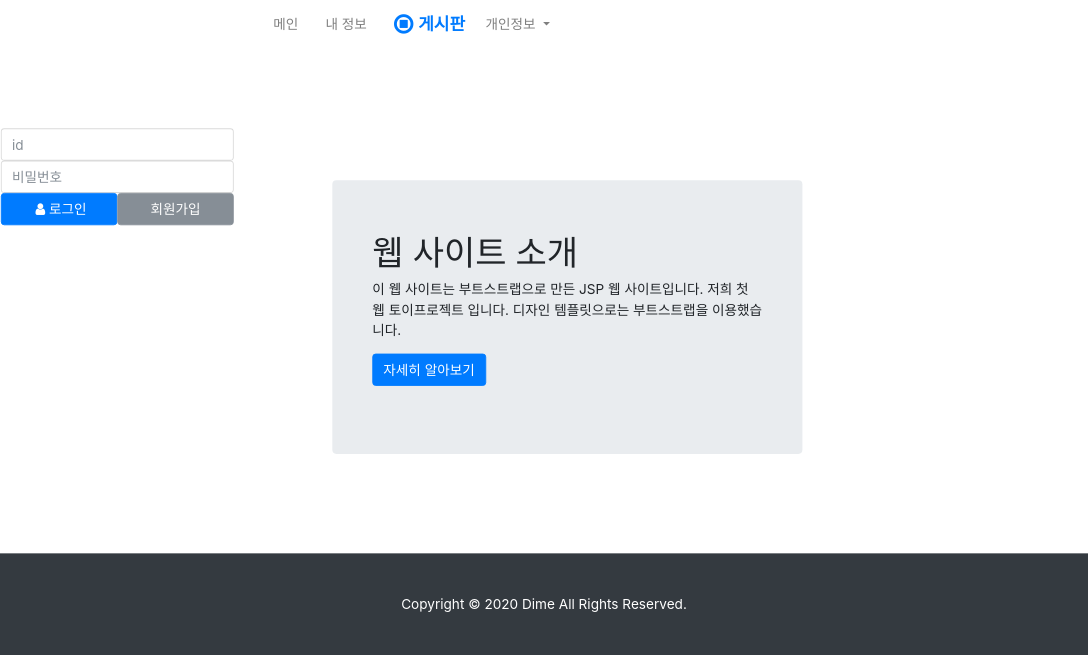
Repository: elecdime/jspboard
Page: http://localhost/BBS/projectbbs/Main.jsp
An editor plug-in stored every save of this project. The page is shown before and after the next save, followed by the edit.
The browser window is 1280 px wide. The pictures show the whole page, at 85% of full size.
Some web libraries are served in a nearby version. The page is served by Tomcat 9. Other server files are loaded and not shown.

Above is the page before, as saved 2020-07-08 13:32:40.

### dime/project Web/BBS/WebContent/projectbbs/Main.jsp
<%@ page language="java" contentType="text/html; charset=UTF-8"
    pageEncoding="UTF-8"%>
<!doctype html>
<head>
   <!-- Required meta tags -->
  <meta charset="utf-8">
  <meta name="viewport" content="width=device-width, initial-scale=1, shrink-to-fit=no">
<meta http-equiv="Content-Type" content="text/html; charset=UTF-8" />
  <!-- Bootstrap CSS -->
  <link rel="stylesheet" href="https://maxcdn.bootstrapcdn.com/bootstrap/4.0.0-beta/css/bootstrap.min.css" integrity="sha384-/Y6pD6FV/Vv2HJnA6t+vslU6fwYXjCFtcEpHbNJ0lyAFsXTsjBbfaDjzALeQsN6M" crossorigin="anonymous">
<link rel="stylesheet" href="coustom.css">
<title>게시판 연습</title>
  </head>
  <body>


        <div id="TOP" style="width:960px;height:150px;">
            <%@ include file="Top.jsp" %>
        </div>

        <table width="960px">
            <tr>
                <td width="160" valign="top">
                    <%@ include file="left.jsp" %>
                </td>
                <td width="800" valign="#" style="padding-left: 100px">
                    <table width="100%" height="475" cellpadding="0" cellspacing="0" id="tables">
                        <tr >
                            <td border="3px">

                                 <div class="container">
        <div class="jumbotron">
            <div class="container">
                <h1>웹 사이트 소개</h1>
                <p>이 웹 사이트는 부트스트랩으로 만든 JSP 웹 사이트입니다.  저희 첫 웹 토이프로젝트 입니다. 디자인 템플릿으로는 부트스트랩을 이용했습니다.</p>
                <p><a class="btn btn-primary btn-pull" href="profile.jsp" role="button">자세히 알아보기</a></p>
            </div>
        </div>
    </div>





                            </td>
                        </tr>

                    </table>
                </td>
            </tr>

        </table>
    <footer id = "bottom">
    <%@ include file="bottom.jsp" %>
</footer>














 <script src="https://code.jquery.com/jquery-3.2.1.slim.min.js" integrity="sha384-KJ3o2DKtIkvYIK3UENzmM7KCkRr/rE9/Qpg6aAZGJwFDMVNA/GpGFF93hXpG5KkN" crossorigin="anonymous"></script>
  <script src="https://cdnjs.cloudflare.com/ajax/libs/popper.js/1.11.0/umd/popper.min.js" integrity="sha384-b/U6ypiBEHpOf/4+1nzFpr53nxSS+GLCkfwBdFNTxtclqqenISfwAzpKaMNFNmj4" crossorigin="anonymous"></script>
  <script src="https://maxcdn.bootstrapcdn.com/bootstrap/4.0.0-beta/js/bootstrap.min.js" integrity="sha384-h0AbiXch4ZDo7tp9hKZ4TsHbi047NrKGLO3SEJAg45jXxnGIfYzk4Si90RDIqNm1" crossorigin="anonymous"></script>
  </body>
</html>

### dime/project Web/BBS/WebContent/projectbbs/Top.jsp
<%@ page language="java" contentType="text/html; charset=UTF-8"
    pageEncoding="UTF-8"%>
    <html>
    <head>

 <link rel="stylesheet" href="https://cdnjs.cloudflare.com/ajax/libs/font-awesome/4.7.0/css/font-awesome.min.css" type="text/css">
 </head>
  <nav class="navbar navbar-expand-md navbar-light">
    <div class="container justify-content-center"> <button class="navbar-toggler navbar-toggler-right border-0" type="button" data-toggle="collapse" data-target="#navbar3">
        <span class="navbar-toggler-icon"></span>
      </button>
      <div class="collapse navbar-collapse text-center justify-content-center" id="navbar3">
        <ul class="navbar-nav">
          <li class="nav-item mx-2"> <a class="nav-link" href="Main.jsp">메인</a> </li>
          <li class="nav-item mx-2"> <a class="nav-link" href="info.jsp">내 정보</a> </li>
          <li class="nav-item mx-2"> <a class="nav-link navbar-brand mr-0 text-primary" href="bbs.jsp"><i class="fa d-inline fa-lg fa-stop-circle-o"></i>
              <b> 게시판 </b></a> </li>

               <li class="nav-item dropdown">
          <a class="nav-link dropdown-toggle" href="#" id="navbarDropdownMenuLink" data-toggle="dropdown" aria-haspopup="true" aria-expanded="false">
  개인정보
        </a>
        <div class="dropdown-menu" aria-labelledby="navbarDropdownMenuLink">
          <a class="dropdown-item" href="left.jsp">로그인</a>
          <a class="dropdown-item" href="register.jsp">회원가입</a>

        </div>
        </li>
      </div>
    </div>
  </nav>
  <div class="py-5">
    <div class="container">
      <div class="row">
        <div class="col-md-12"></div>
      </div>
    </div>
  </div>

</html>

### dime/project Web/BBS/WebContent/projectbbs/left.jsp
<%@ page language="java" contentType="text/html; charset=UTF-8"
    pageEncoding="UTF-8"%>
<%@ page import = "java.sql.*" %>

    <html>
    <head>
 <meta http-equiv="Content-Type" content="text/html; charset=UTF-8" />
 <link rel="stylesheet" href="https://cdnjs.cloudflare.com/ajax/libs/font-awesome/4.7.0/css/font-awesome.min.css" type="text/css">
 </head>



 <%  if(session.getAttribute("id")==null){ //세션이 설정되지 않을 경우 참조  %>



<form class="form-inline" action="login.jsp" method="get">
            <div class="form-group">
              <input type="text" class="form-control" name ="id" id="id" placeholder="id"> </div>
            <div class="form-group form-row">
              <div class="col-sm-10"><input type="password" class="form-control " name = "pw" id="pw" placeholder="비밀번호"></div>
            </div>
            <button class="btn btn-primary align-items-center col-sm-6" ><i class="fa fa-user fa-fw"></i>로그인</button>
            <a class="btn btn-secondary col-sm-6" href="register.jsp" style=""></i> 회원가입 </a>
          </form><% }else{ %>
<form method="post" action="logout.jsp">
	<%=session.getAttribute("id") %>님 환영합니다~

	<input type="submit" value="로그아웃" />
</form>
<button onClick="location.href='info.jsp'"> 개인정보 변경</button>
<% if(session.getAttribute("id").equals("admin")){
	%>

	<button onClick="location.href='#'"> 관리자 페이지</button>

<%} %>

<% } %>

### dime/project Web/BBS/WebContent/projectbbs/bottom.jsp


<%@ page language="java" contentType="text/html; charset=UTF-8"
    pageEncoding="UTF-8"
    import="java.sql.*"%>
<%
    request.setCharacterEncoding("utf-8");
%>
<!DOCTYPE html PUBLIC "-//W3C//DTD HTML 4.01 Transitional//EN" "http://www.w3.org/TR/html4/loose.dtd">
<html>
<head>
<meta http-equiv="Content-Type" content="text/html; charset=utf-8">

<body>
<footer class="bg-dark mt-4 p-5 text-center" style="color:#FFFFFF;">


Copyright &copy; 2020 Dime All Rights Reserved.<br>

</footer>
</body>
</html>

### dime/project Web/BBS/WebContent/error/404code.jsp
<%@ page language="java" contentType="text/html; charset=UTF-8"
    pageEncoding="UTF-8"%>
    <%response.setStatus(HttpServletResponse.SC_OK); %>
<!DOCTYPE html>
<html>
<head>
<meta charset="UTF-8">
<title>404 오류발생</title>
</head>
<body>
요청하신페이지가없습니다.
</body>
</html>

### dime/project Web/BBS/WebContent/projectbbs/profile.jsp
<!DOCTYPE html>
<html>
<head>
<title>title</title>
<!-- Bootstrap cdn 설정 -->
<link rel="stylesheet" href="https://stackpath.bootstrapcdn.com/bootstrap/3.4.1/css/bootstrap.min.css">
<link rel="stylesheet" href="https://stackpath.bootstrapcdn.com/bootstrap/3.4.1/css/bootstrap-theme.min.css">
<link rel="stylesheet" href="https://stackpath.bootstrapcdn.com/font-awesome/4.7.0/css/font-awesome.min.css">
<script src="https://code.jquery.com/jquery-3.4.1.min.js"></script>
<script src="https://stackpath.bootstrapcdn.com/bootstrap/3.4.1/js/bootstrap.min.js"></script>
</head>
<body>
<!-- carousel를 구성할 영역 설정 -->
<div style="width: 300px;margin: 100px;">
<!-- carousel를 사용하기 위해서는 class에 carousel와 slide 설정한다. -->
<!-- carousel는 특이하게 id를 설정해야 한다.-->
<div id="carousel-example-generic" class="carousel slide" >
<!-- carousel의 지시자 -->
<!-- 지시자라고는 하는데 ol태그의 class에 carousel-indicators를 넣는다. -->
<ol class="carousel-indicators">
<!-- li는 이미지 개수만큼 추가하고 data-target은 carousel id를 가르킨다. -->
<!-- data-slide-to는 순서대로 0부터 올라가고 0은 active를 설정한다. -->
<!-- 딱히 이 부분은 옵션별로 설정하게 없다. -->
<li data-target="#carousel-example-generic" data-slide-to="0" class="active"></li>
<li data-target="#carousel-example-generic" data-slide-to="1"></li>
</ol>
<!-- 실제 이미지 아이템 -->
<!-- class는 carousel-inner로 설정하고 role은 listbox에서 설정한다. -->
<div class="carousel-inner" role="listbox">
<!-- 이미지의 개수만큼 item을 만든다. 중요한 포인트는 carousel-indicators의 li 태그 개수와 item의 개수는 일치해야 한다. -->
<div class="item active">
<!-- 아미지 설정- -->
<img src="1.PNG" style="width:100%">
<!-- 캡션 설정 (생략 가능) -->
<!-- 글자 색은 검은색 -->
<div class="carousel-caption" style="color:black;">

</div>
</div>
<div class="item">
<img src="b.PNG" style="width:100%">
<div class="carousel-caption" style="color:black;">

</div>
</div>
</div>
<!-- 왼쪽 화살표 버튼 -->
<!-- href는 carousel의 id를 가르킨다. -->
<a class="left carousel-control" href="#carousel-example-generic" role="button" data-slide="prev">
<!-- 왼쪽 화살표 -->
<span class="glyphicon glyphicon-chevron-left" aria-hidden="true"></span>
</a>
<!-- 오른쪽 화살표 버튼 -->
<!-- href는 carousel의 id를 가르킨다. -->
<a class="right carousel-control" href="#carousel-example-generic" role="button" data-slide="next">
<!-- 오른쪽 화살표 -->
<span class="glyphicon glyphicon-chevron-right" aria-hidden="true"></span>
</a>
</div>
</div>
<script>
$(function(){
// 이미지 슬라이드 컨트롤를 사용하기 위해서는 carousel를 실행해야한다.
$('#carousel-example-generic').carousel({
// 슬리아딩 자동 순환 지연 시간
// false면 자동 순환하지 않는다.
interval: 1000,
// hover를 설정하면 마우스를 가져대면 자동 순환이 멈춘다.
pause: "hover",
// 순환 설정, true면 1 -> 2가면 다시 1로 돌아가서 반복
wrap: true,
// 키보드 이벤트 설정 여부(?)
keyboard : true
});
});
</script>
</body>
</html>

After the next save:
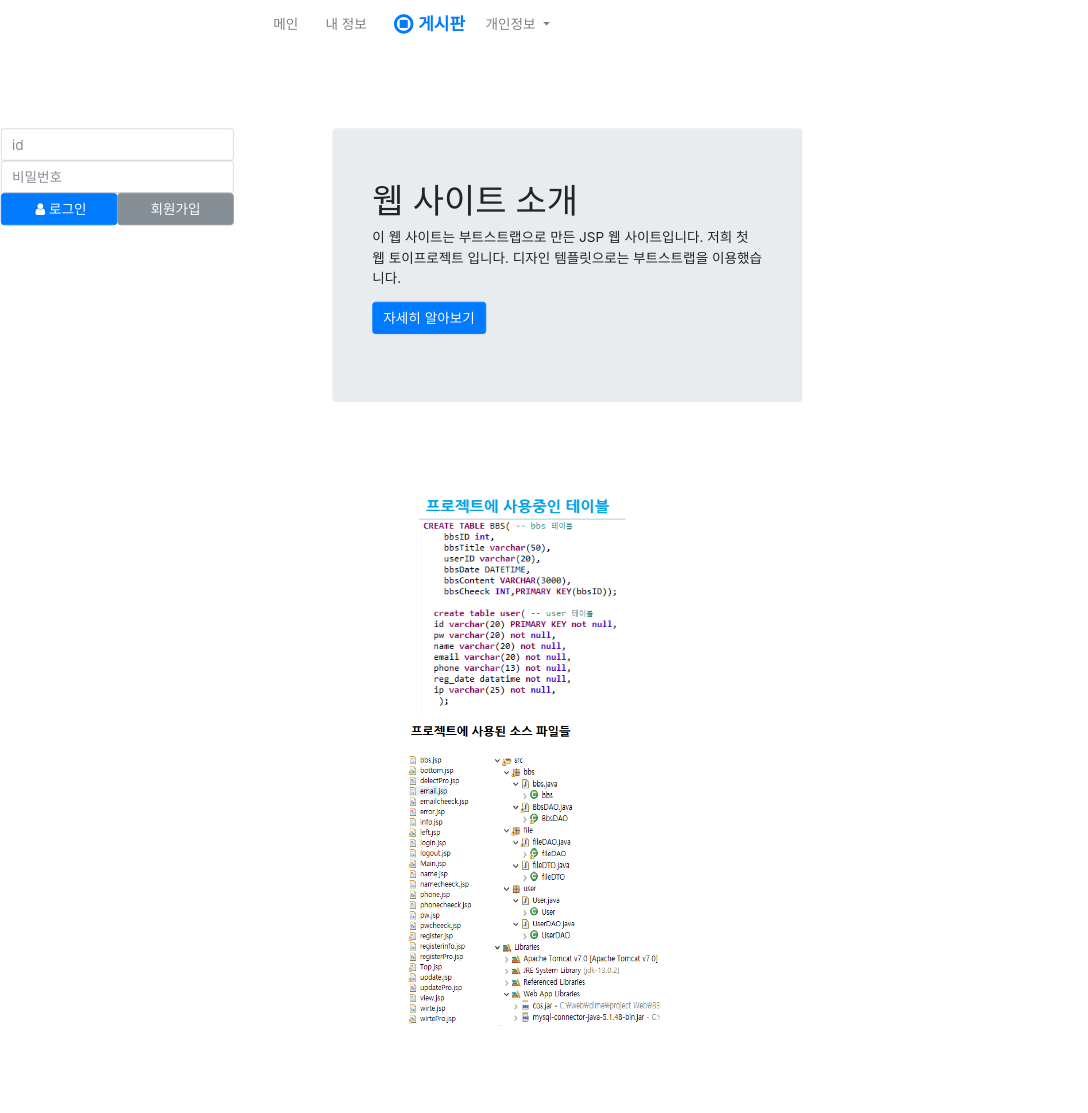
Console error: SyntaxError: Unexpected token '<'
Saved 64 s later.
--- a/dime/project Web/BBS/WebContent/projectbbs/Main.jsp
+++ b/dime/project Web/BBS/WebContent/projectbbs/Main.jsp
@@ -37,7 +37,69 @@
             </div>
         </div>
     </div>
+   <!-- carousel를 구성할 영역 설정 -->
+<div style="width: 300px;margin: 100px;">
+<!-- carousel를 사용하기 위해서는 class에 carousel와 slide 설정한다. -->
+<!-- carousel는 특이하게 id를 설정해야 한다.-->
+<div id="carousel-example-generic" class="carousel slide" >
+<!-- carousel의 지시자 -->
+<!-- 지시자라고는 하는데 ol태그의 class에 carousel-indicators를 넣는다. -->
+<ol class="carousel-indicators">
+<!-- li는 이미지 개수만큼 추가하고 data-target은 carousel id를 가르킨다. -->
+<!-- data-slide-to는 순서대로 0부터 올라가고 0은 active를 설정한다. -->
+<!-- 딱히 이 부분은 옵션별로 설정하게 없다. -->
+<li data-target="#carousel-example-generic" data-slide-to="0" class="active"></li>
+<li data-target="#carousel-example-generic" data-slide-to="1"></li>
+</ol>
+<!-- 실제 이미지 아이템 -->
+<!-- class는 carousel-inner로 설정하고 role은 listbox에서 설정한다. -->
+<div class="carousel-inner" role="listbox">
+<!-- 이미지의 개수만큼 item을 만든다. 중요한 포인트는 carousel-indicators의 li 태그 개수와 item의 개수는 일치해야 한다. -->
+<div class="item active">
+<!-- 아미지 설정- -->
+<img src="1.PNG" style="width:100%">
+<!-- 캡션 설정 (생략 가능) -->
+<!-- 글자 색은 검은색 -->
+<div class="carousel-caption" style="color:black;">
 
+</div>
+</div>
+<div class="item">
+<img src="b.PNG" style="width:100%">
+<div class="carousel-caption" style="color:black;">
+
+</div>
+</div>
+</div>
+<!-- 왼쪽 화살표 버튼 -->
+<!-- href는 carousel의 id를 가르킨다. -->
+<a class="left carousel-control" href="#carousel-example-generic" role="button" data-slide="prev">
+<!-- 왼쪽 화살표 -->
+<span class="glyphicon glyphicon-chevron-left" aria-hidden="true"></span>
+</a>
+<!-- 오른쪽 화살표 버튼 -->
+<!-- href는 carousel의 id를 가르킨다. -->
+<a class="right carousel-control" href="#carousel-example-generic" role="button" data-slide="next">
+<!-- 오른쪽 화살표 -->
+<span class="glyphicon glyphicon-chevron-right" aria-hidden="true"></span>
+</a>
+</div>
+</div>
+<script>
+$(function(){
+// 이미지 슬라이드 컨트롤를 사용하기 위해서는 carousel를 실행해야한다.
+$('#carousel-example-generic').carousel({
+// 슬리아딩 자동 순환 지연 시간
+// false면 자동 순환하지 않는다.
+interval: 1000,
+// hover를 설정하면 마우스를 가져대면 자동 순환이 멈춘다.
+pause: "hover",
+// 순환 설정, true면 1 -> 2가면 다시 1로 돌아가서 반복
+wrap: true,
+// 키보드 이벤트 설정 여부(?)
+keyboard : true
+});
+});
 
 
 

After the save that followed:
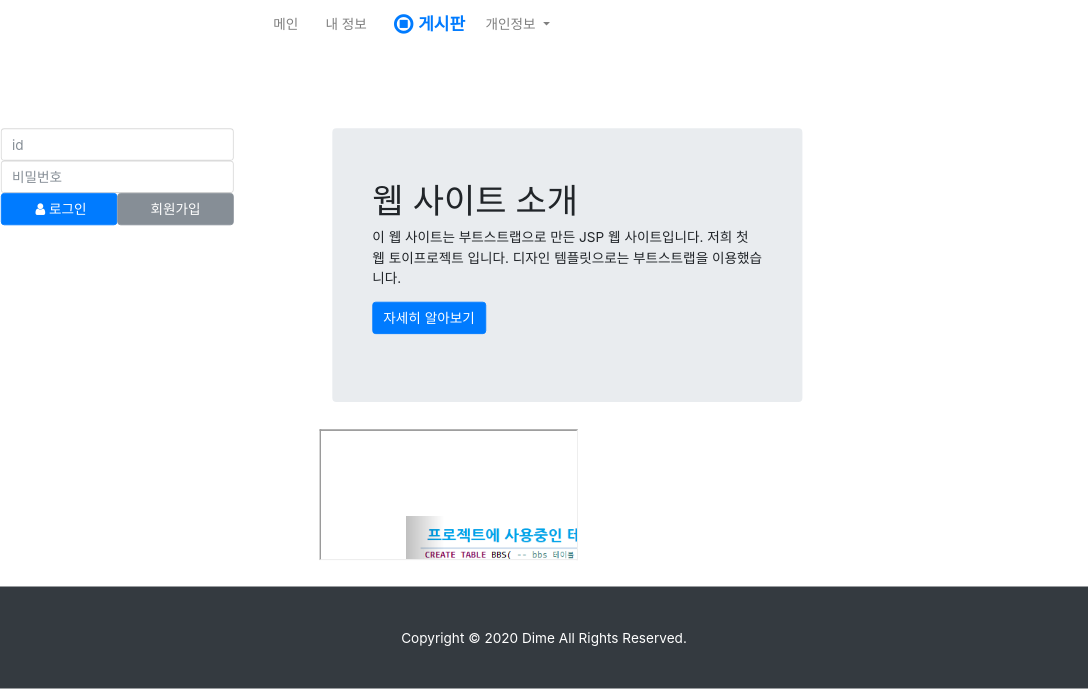
The error is gone.
Saved 58 s later.
--- a/dime/project Web/BBS/WebContent/projectbbs/Main.jsp
+++ b/dime/project Web/BBS/WebContent/projectbbs/Main.jsp
@@ -33,74 +33,13 @@
             <div class="container">
                 <h1>웹 사이트 소개</h1>
                 <p>이 웹 사이트는 부트스트랩으로 만든 JSP 웹 사이트입니다.  저희 첫 웹 토이프로젝트 입니다. 디자인 템플릿으로는 부트스트랩을 이용했습니다.</p>
-                <p><a class="btn btn-primary btn-pull" href="profile.jsp" role="button">자세히 알아보기</a></p>
+                <p><a class="btn btn-primary btn-pull" href="#" role="button">자세히 알아보기</a></p>
+
             </div>
         </div>
     </div>
-   <!-- carousel를 구성할 영역 설정 -->
-<div style="width: 300px;margin: 100px;">
-<!-- carousel를 사용하기 위해서는 class에 carousel와 slide 설정한다. -->
-<!-- carousel는 특이하게 id를 설정해야 한다.-->
-<div id="carousel-example-generic" class="carousel slide" >
-<!-- carousel의 지시자 -->
-<!-- 지시자라고는 하는데 ol태그의 class에 carousel-indicators를 넣는다. -->
-<ol class="carousel-indicators">
-<!-- li는 이미지 개수만큼 추가하고 data-target은 carousel id를 가르킨다. -->
-<!-- data-slide-to는 순서대로 0부터 올라가고 0은 active를 설정한다. -->
-<!-- 딱히 이 부분은 옵션별로 설정하게 없다. -->
-<li data-target="#carousel-example-generic" data-slide-to="0" class="active"></li>
-<li data-target="#carousel-example-generic" data-slide-to="1"></li>
-</ol>
-<!-- 실제 이미지 아이템 -->
-<!-- class는 carousel-inner로 설정하고 role은 listbox에서 설정한다. -->
-<div class="carousel-inner" role="listbox">
-<!-- 이미지의 개수만큼 item을 만든다. 중요한 포인트는 carousel-indicators의 li 태그 개수와 item의 개수는 일치해야 한다. -->
-<div class="item active">
-<!-- 아미지 설정- -->
-<img src="1.PNG" style="width:100%">
-<!-- 캡션 설정 (생략 가능) -->
-<!-- 글자 색은 검은색 -->
-<div class="carousel-caption" style="color:black;">
 
-</div>
-</div>
-<div class="item">
-<img src="b.PNG" style="width:100%">
-<div class="carousel-caption" style="color:black;">
-
-</div>
-</div>
-</div>
-<!-- 왼쪽 화살표 버튼 -->
-<!-- href는 carousel의 id를 가르킨다. -->
-<a class="left carousel-control" href="#carousel-example-generic" role="button" data-slide="prev">
-<!-- 왼쪽 화살표 -->
-<span class="glyphicon glyphicon-chevron-left" aria-hidden="true"></span>
-</a>
-<!-- 오른쪽 화살표 버튼 -->
-<!-- href는 carousel의 id를 가르킨다. -->
-<a class="right carousel-control" href="#carousel-example-generic" role="button" data-slide="next">
-<!-- 오른쪽 화살표 -->
-<span class="glyphicon glyphicon-chevron-right" aria-hidden="true"></span>
-</a>
-</div>
-</div>
-<script>
-$(function(){
-// 이미지 슬라이드 컨트롤를 사용하기 위해서는 carousel를 실행해야한다.
-$('#carousel-example-generic').carousel({
-// 슬리아딩 자동 순환 지연 시간
-// false면 자동 순환하지 않는다.
-interval: 1000,
-// hover를 설정하면 마우스를 가져대면 자동 순환이 멈춘다.
-pause: "hover",
-// 순환 설정, true면 1 -> 2가면 다시 1로 돌아가서 반복
-wrap: true,
-// 키보드 이벤트 설정 여부(?)
-keyboard : true
-});
-});
-
+                <iframe src="profile.jsp"></iframe>
 
 
 
